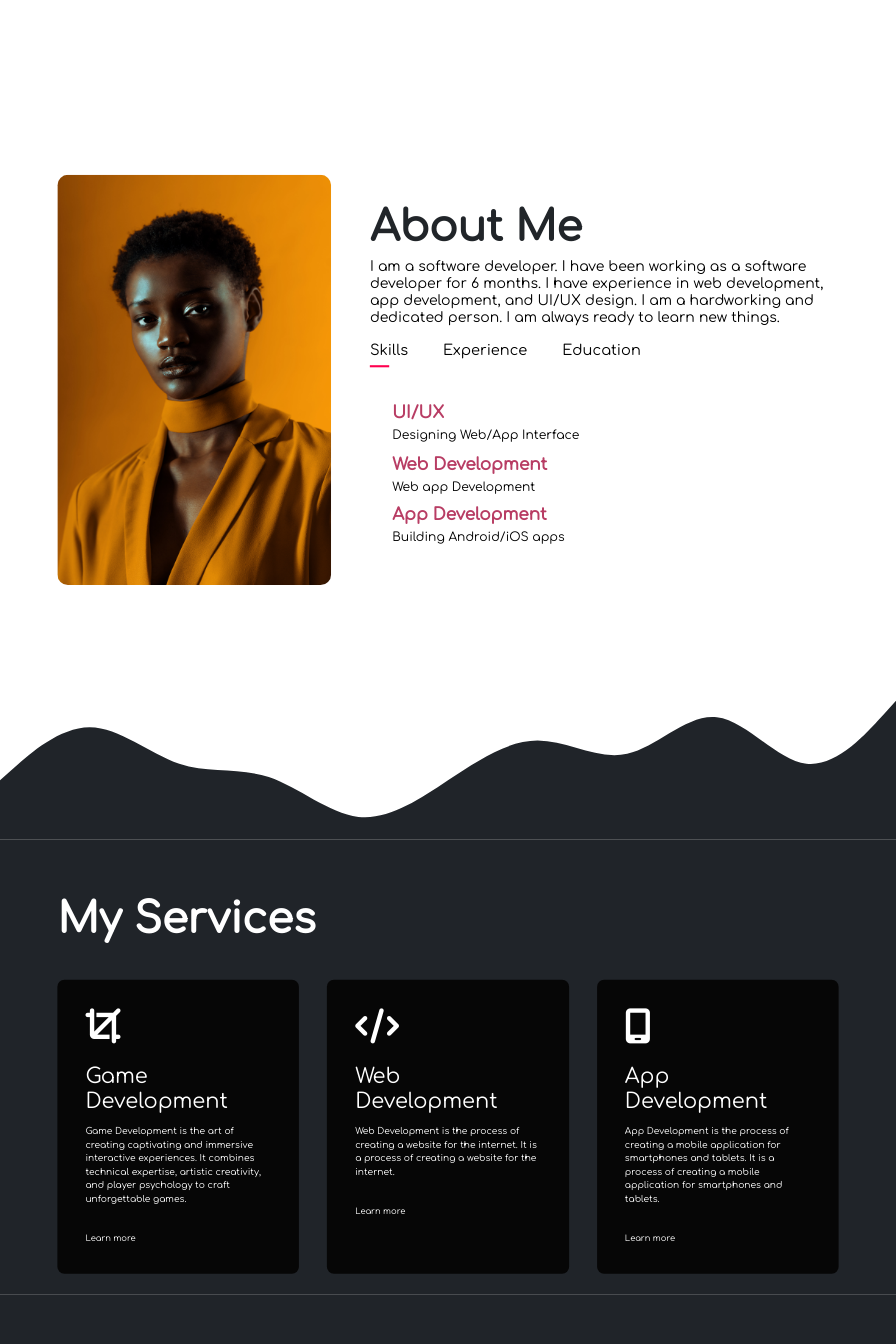
Repository: MMALI3287/Resume
Page: index.html
An editor plug-in stored every save of this project. The page is shown before and after the next save, followed by the edit.
The browser window is 1280 px wide. The pictures show the part of the page from y = 3334 to 5254 px (the page is 7138 px tall before and 7139 px after), at 70% of full size.
Some web libraries are served in a nearby version.

Above is the page before, as saved 2023-07-16 03:10:33.

After the next save:
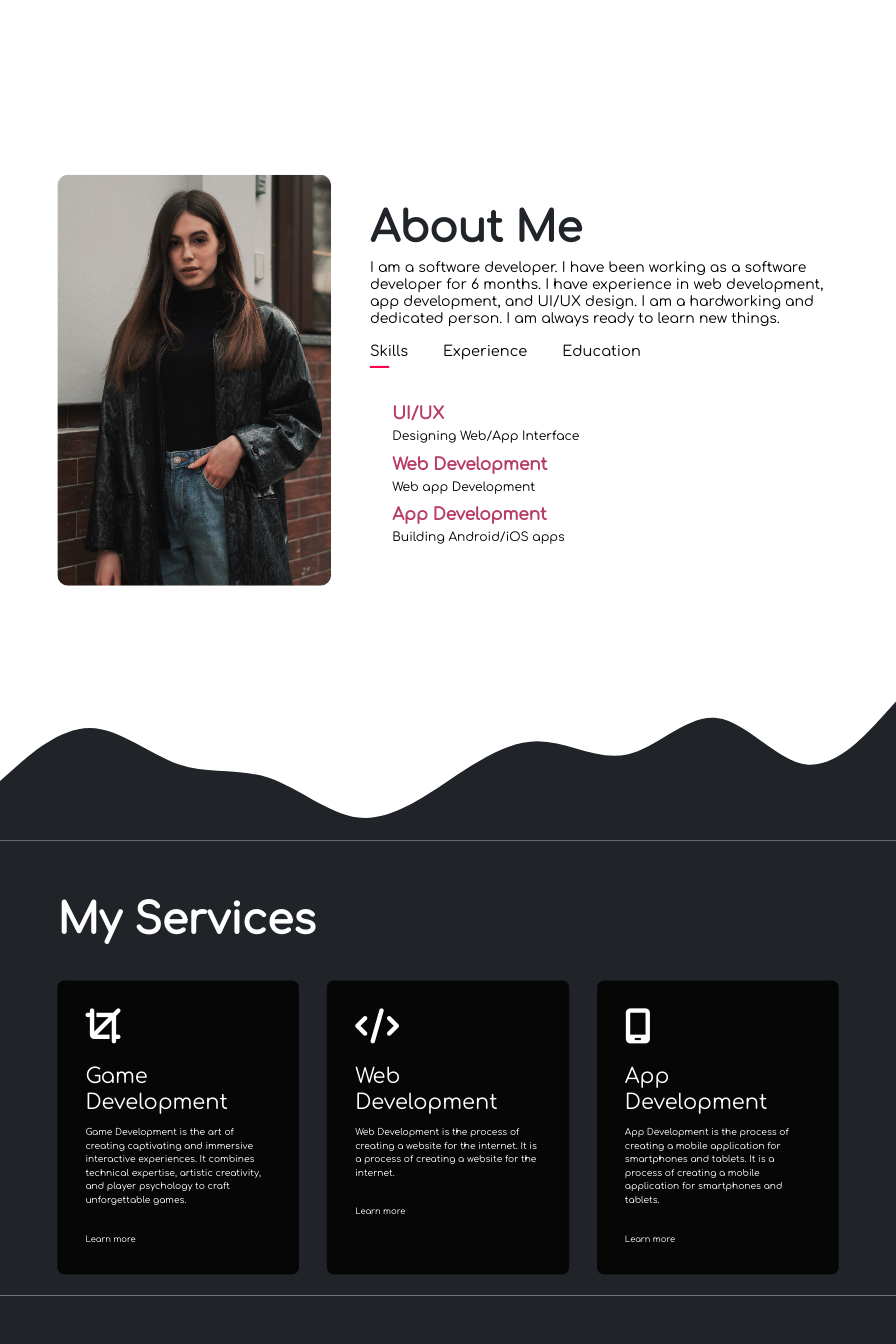
Saved 99 s later.
--- a/index.html
+++ b/index.html
@@ -205,7 +205,7 @@
     <div class="container">
       <div class="rowc">
         <div class="about-col-1">
-          <img src="assets/images/capsule.jpg" alt="user" />
+          <img src="assets/images/abtme.jpg" alt="user" />
         </div>
         <div class="about-col-2">
           <h2 class="sub-title text-dark">About Me</h2>
